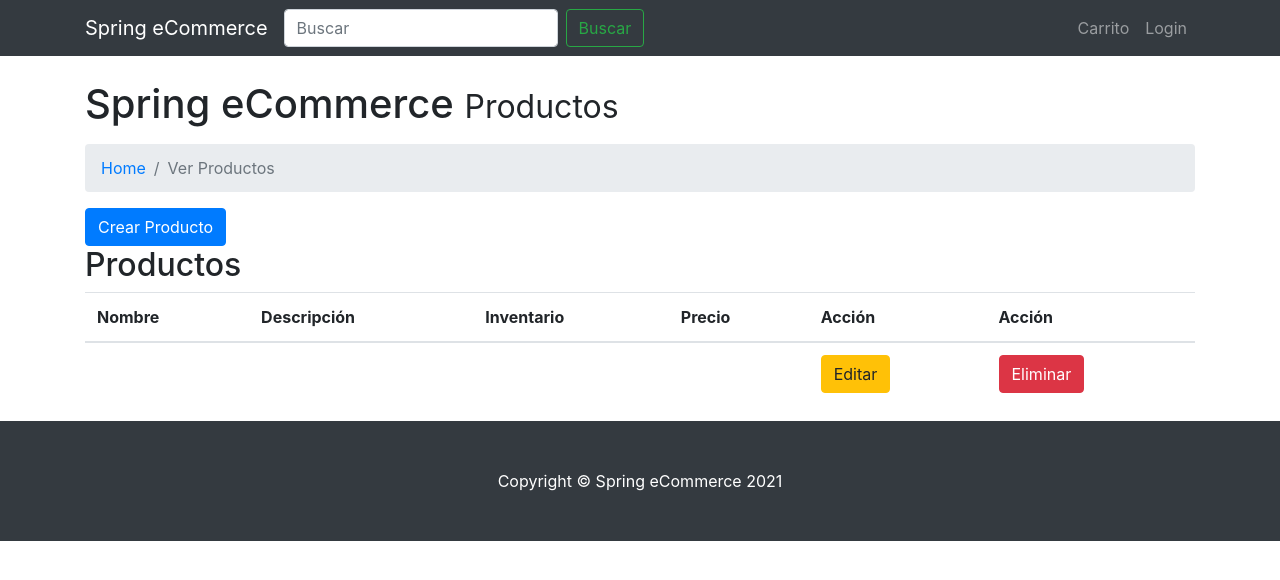
Repository: alexpool1122/Caso_Final_Laboratorio
Page: http://localhost/habitaciones
These files come from the project's save history. The page is drawn as it stood at one moment and after the next save; the edit follows.
The browser window is 1280 px wide. The pictures show the whole page.
The page is this project's Thymeleaf template; nobody is signed in. Other server files are loaded and not shown. The template is opened directly, without the code that normally fills it, so the values that code supplies are empty.

Above is the page before, as saved 2023-11-23 09:18:14.

### CasoFinal/src/main/resources/templates/habitaciones.html
<!DOCTYPE html>
<html xmlns="http://www.w3.org/1999/xhtml" xmlns:th="http://www.thymeleaf.org">

<head>
	<meta charset="utf-8">
	<meta name="viewport" content="width=device-width, initial-scale=1, shrink-to-fit=no">
	<meta name="description" content="">
	<meta name="author" content="">
	<title>Habitaciones</title>

	<link th:href="@{vendor/bootstrap/css/bootstrap.min.css}" rel="stylesheet">

	<link th:href="@{css/heroic-features.css}" rel="stylesheet">

</head>

<body>

	<div th:include="templado_header_footer.html::header"></div>

	<!-- Page Content -->
	<div class="container">


		<!-- Page Heading/Breadcrumbs -->
		<h1 class="mt-4 mb-3">
			Spring eCommerce <small>Productos</small>
		</h1>

		<ol class="breadcrumb">
			<li class="breadcrumb-item"><a href="index.html">Home</a></li>
			<li class="breadcrumb-item active">Ver Productos</li>
		</ol>

		<a class="btn btn-primary" href="#"> Crear Producto</a>
		<h2>Productos</h2>
		<table class="table">
			<thead>
				<tr>
					<th scope="col">Nombre</th>
					<th scope="col">Descripción</th>
					<th scope="col">Inventario</th>
					<th scope="col">Precio</th>
					<th scope="col">Acción</th>
					<th scope="col">Acción</th>
				</tr>
			</thead>
			<tbody>
				<tr>
					<td></td>
					<td></td>
					<td></td>
					<td></td>
					<td><a class="btn btn-warning" href="">Editar</a> </td>
					<td><a class="btn btn-danger" href="">Eliminar</a> </td>
				</tr>
			</tbody>
		</table>

	</div>
	<!-- /.container -->

	<div th:include="templado_header_footer.html::footer"></div>


	<script th:src="@{vendor/jquery/jquery.min.js}"></script>
	<script th:src="@{vendor/bootstrap/js/bootstrap.bundle.min.js}"></script>
</body>

</html>

### CasoFinal/src/main/resources/templates/templado_header_footer.html
<!DOCTYPE html>
<html xmlns="http://www.w3.org/1999/xhtml" xmlns:th="http://www.thymeleaf.org">

<head>
	<meta charset="utf-8">
	<meta name="viewport" content="width=device-width, initial-scale=1, shrink-to-fit=no">
	<meta name="description" content="">
	<meta name="author" content="">
	<title>Reservas</title>

	<link th:href="@{vendor/bootstrap/css/bootstrap.min.css}" rel="stylesheet">

	<link th:href="@{css/heroic-features.css}" rel="stylesheet">

</head>

<body>

	<div th:fragment="header">
		<nav class="navbar navbar-expand-lg navbar-dark bg-dark fixed-top">
			<div class="container">
				<a class="navbar-brand" href="#">Spring eCommerce</a>

				<form class="form-inline my-2 my-lg-0" method="post" action="#">
					<input class="form-control mr-sm-2" type="search" placeholder="Buscar" aria-label="Search"
						name="nombre" autocomplete="off">
					<button class="btn btn-outline-success my-2 my-sm-0" type="submit">Buscar</button>
				</form>


				<button class="navbar-toggler" type="button" data-toggle="collapse" data-target="#navbarResponsive"
					aria-controls="navbarResponsive" aria-expanded="false" aria-label="Toggle navigation">
					<span class="navbar-toggler-icon"></span>
				</button>
				<div class="collapse navbar-collapse" id="navbarResponsive">
					<ul class="navbar-nav ml-auto">
						<li class="nav-item"><a class="nav-link" href="carrito.html">Carrito</a></li>
						<li class="nav-item"><a class="nav-link" href="login.html">Login</a></li>
					</ul>
				</div>
			</div>
		</nav>
	</div>

	<div th:fragment="footer">
		<footer class="py-5 bg-dark">
			<div class="container">
				<p class="m-0 text-center text-white">Copyright &copy; Spring eCommerce 2021</p>
			</div>

		</footer>
	</div>
	<script th:src="@{vendor/jquery/jquery.min.js}"></script>
	<script th:src="@{vendor/bootstrap/js/bootstrap.bundle.min.js}"></script>

</body>

</html>

Loaded but not shown: CasoFinal/src/main/resources/static/css/heroic-features.css (common file)

After the next save:
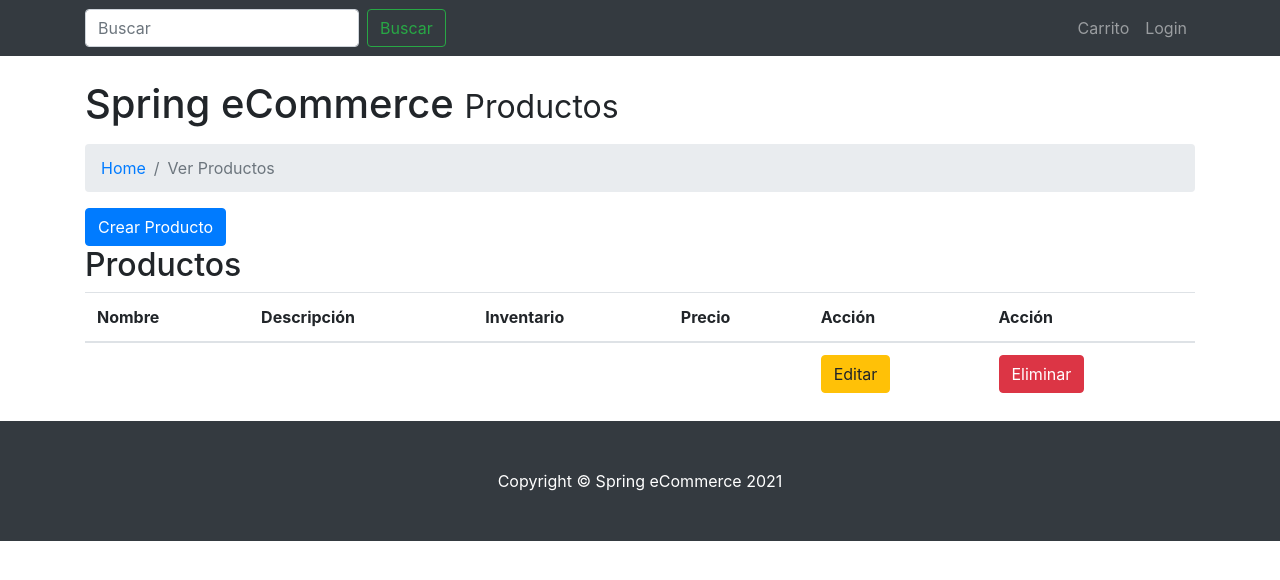
Saved 6 min 21 s later.
--- a/CasoFinal/src/main/resources/templates/templado_header_footer.html
+++ b/CasoFinal/src/main/resources/templates/templado_header_footer.html
@@ -19,8 +19,6 @@
 	<div th:fragment="header">
 		<nav class="navbar navbar-expand-lg navbar-dark bg-dark fixed-top">
 			<div class="container">
-				<a class="navbar-brand" href="#">Spring eCommerce</a>
-
 				<form class="form-inline my-2 my-lg-0" method="post" action="#">
 					<input class="form-control mr-sm-2" type="search" placeholder="Buscar" aria-label="Search"
 						name="nombre" autocomplete="off">
